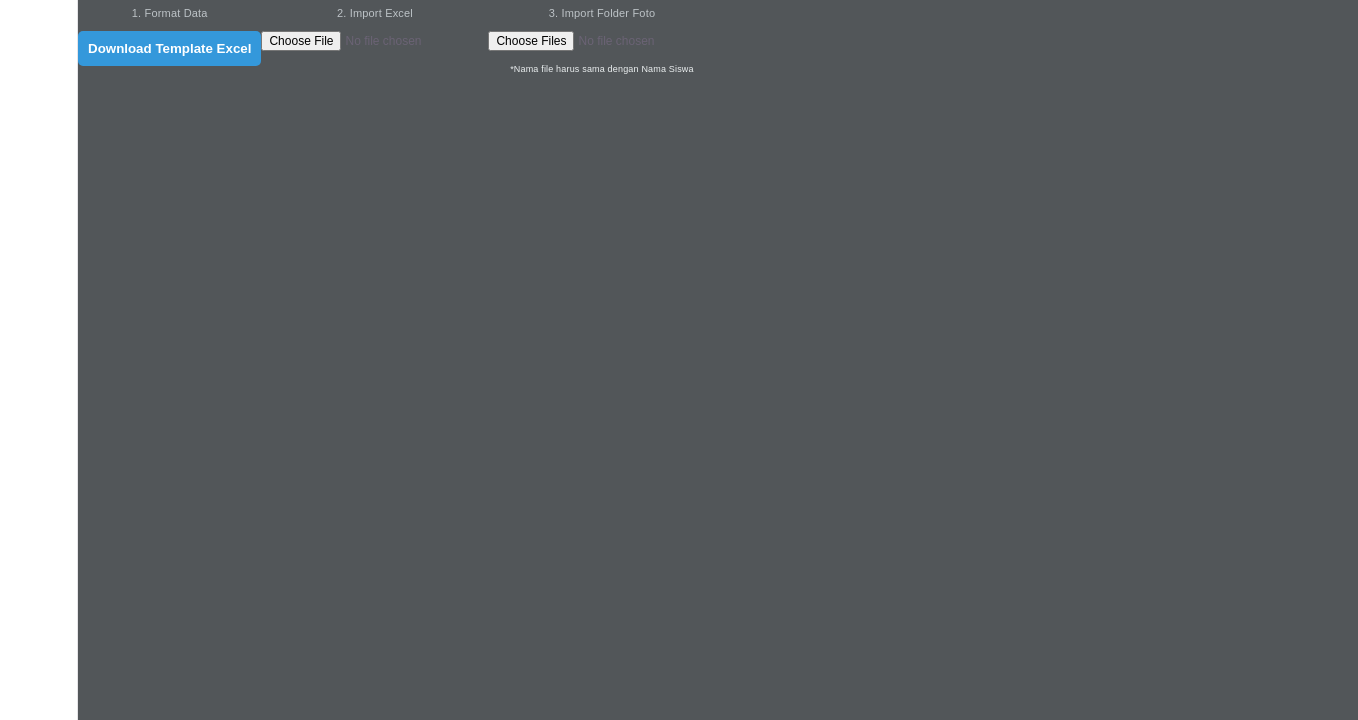
Repository: UsmanAzizz/generator-kartu-tes
Page: /
The author's editor kept a copy of each file at every save. The page is drawn from the files as they stood at one save, then again after the next save.
The browser window is 1280 px wide. The page is 1358 px wide, so the pictures cover 1358 px, including what lies to the right of the window. The pictures show the whole page.
The project was rebuilt for these pictures with package versions that can differ from the ones it lists, and the page was loaded fresh each time. Also part of the build but not shown: vite.config.js.

Above is the page before, as saved 2026-03-18 17:03:57.

After the next save:
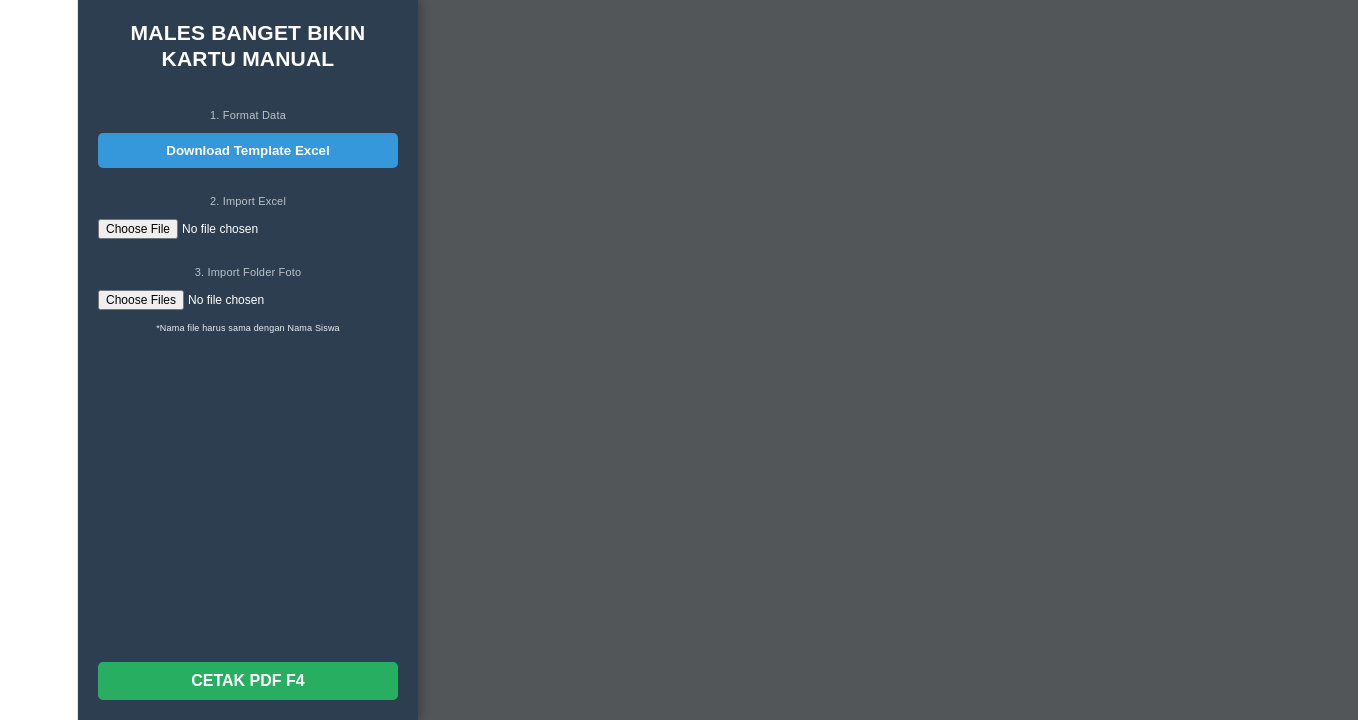
Saved 5 s later.
--- a/src/App.jsx
+++ b/src/App.jsx
@@ -140,6 +140,10 @@
 
     return (
       <div style={styles.wrapper}>
+        {/* SIDEBAR PANEL */}
+        <div style={styles.sidebar}>
+          <h3 style={{margin: '0 0 10px 0'}}>MALES BANGET BIKIN KARTU MANUAL</h3>
+
           <div style={{display: 'flex', flexDirection: 'column', gap: '5px'}}>
             <label style={{fontSize: '11px', color: '#bdc3c7'}}>1. Format Data</label>
             <button style={styles.sideBtn} onClick={downloadTemplate}>Download Template Excel</button>
@@ -155,6 +159,14 @@
             <input type="file" webkitdirectory="true" multiple onChange={handleFolderUpload} style={{fontSize: '12px'}} />
             <small style={{fontSize: '9px', color: '#ecf0f1'}}>*Nama file harus sama dengan Nama Siswa</small>
           </div>
+
+          <button
+            style={{...styles.sideBtn, backgroundColor: '#27ae60', marginTop: 'auto', fontSize: '16px'}}
+            onClick={downloadPDF}
+          >
+            CETAK PDF F4
+          </button>
+        </div>
 
         {/* PREVIEW AREA (TETAP SEPERTI ASLI) */}
         <div style={styles.previewArea}>
